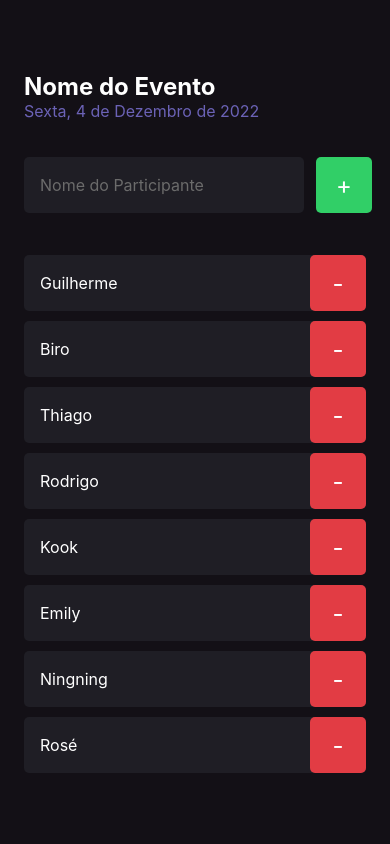
Repository: guilhermecardoso93/reactNative-ignite-imhere
Screen: /
These files come from the project's save history. The screen is drawn as it stood at one moment and after the next save; the edit follows.
The app was drawn by React Native's web renderer in a window 390 px wide. The project was rebuilt for these pictures with package versions that can differ from the ones it lists, and the page was loaded fresh each time.

Above is the screen before, as saved 2022-10-03 18:15:48.

### App.tsx
import Home from "./src/screens/Home";

export default function App() {
  return (
    <>
      <Home />
    </>
  );
}

### src/screens/Home/index.tsx
import { Text, View, TextInput, TouchableOpacity } from "react-native";
import { Participant } from "../../components/Participant";

import { styles } from "./styles";

export default function Home() {
  const participants = ["Guilherme", "Biro", "Thiago", "Rodrigo", 'Kook', "Emily", 'Ningning', 'Rosé'];

  function handleAddPArticipant() {
    console.log("ADD part");
  }

  function handleRemovePArticipant(name: string) {
    console.log(`Você Removeu o ${name}`);
  }

  return (
    <View style={styles.container}>
      <Text style={styles.eventName}>Nome do Evento</Text>
      <Text style={styles.eventDate}>Sexta, 4 de Dezembro de 2022</Text>
      <View style={styles.form}>
        <TextInput
          style={styles.eventInput}
          placeholder="Nome do Participante"
          placeholderTextColor="#6b6b6b"
        />
        <TouchableOpacity style={styles.button} onPress={handleAddPArticipant}>
          <Text style={styles.buttonText}>+</Text>
        </TouchableOpacity>
      </View>
      {participants.map((participant) => {
        return (
          <Participant
            participantName={participant}
            key={participant}
            onRemove={() => handleRemovePArticipant(participant)}
          />
        );
      })}
    </View>
  );
}

### src/components/Participant/index.tsx
import { Text, TouchableOpacity, View } from "react-native";

import { styles } from "./styles";

interface ParticipantProps {
  participantName: string;
  onRemove: () => void;
}

export function Participant({participantName, onRemove} : ParticipantProps ){


  return (
    <View style={styles.container}>
      <Text style={styles.name}>{participantName}</Text>
      <TouchableOpacity style={styles.button} onPress={onRemove}>
          <Text style={styles.buttonText}>-</Text>
        </TouchableOpacity>
    </View>
  )
}

### src/screens/Home/styles.ts
import { StyleSheet } from "react-native";

export const styles = StyleSheet.create({
  container: {
    flex: 1,
    padding: 24,
    backgroundColor: "#131016",
  },
  eventName: {
    color: "#fff",
    fontSize: 24,
    fontWeight: "bold",
    marginTop: 48,
  },
  eventDate: {
    color: "#6b62b6",
    fontSize: 16,
  },

  eventInput: {
    backgroundColor: "#1f1e25",
    color: "#FFF",
    height: 56,
    flex: 1,
    borderRadius: 5,
    padding: 16,
    fontSize: 16,
    marginRight: 12,
  },

  button: {
    width: 56,
    height: 56,
    borderRadius: 5,
    backgroundColor: "#31cf67",
    alignItems: "center",
    justifyContent: "center",
  },
  buttonText: {
    color: "#FFF",
    fontSize: 24,
  },
  form: {
    width: "100%",
    flexDirection: "row",
    marginTop: 36,
    marginBottom: 42,
  },
});

### src/components/Participant/styles.ts
import { StyleSheet } from "react-native";

export const styles = StyleSheet.create({
  container: {
    width: "100%",
    backgroundColor: "#1f1e25",
    borderRadius: 5,
    flexDirection: "row",
    alignItems: "center",
    justifyContent: "space-between",
    marginBottom: 10
  },
  name: {
    color: "#fff",
    flex: 1,
    marginLeft: 16,
    fontSize: 16
  },
  button: {
    width: 56,
    height: 56,
    borderRadius: 5,
    backgroundColor: "#e23c44",
    alignItems: "center",
    justifyContent: "center",
  },
  buttonText: {
    color: "#FFF",
    fontSize: 24,
  },
});

After the next save:
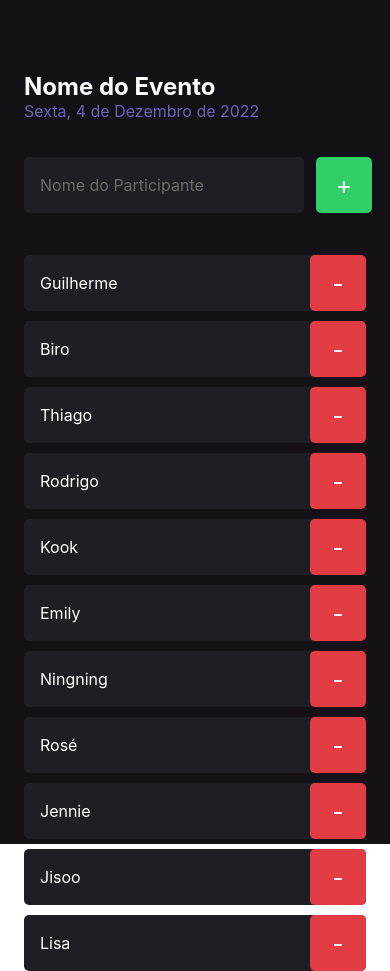
Saved 34 s later.
--- a/src/screens/Home/index.tsx
+++ b/src/screens/Home/index.tsx
@@ -4,7 +4,7 @@ import { Participant } from "../../components/Participant";
 import { styles } from "./styles";
 
 export default function Home() {
-  const participants = ["Guilherme", "Biro", "Thiago", "Rodrigo", 'Kook', "Emily", 'Ningning', 'Rosé'];
+  const participants = ["Guilherme", "Biro", "Thiago", "Rodrigo", 'Kook', "Emily", 'Ningning', 'Rosé', 'Jennie', 'Jisoo', 'Lisa'];
 
   function handleAddPArticipant() {
     console.log("ADD part");
